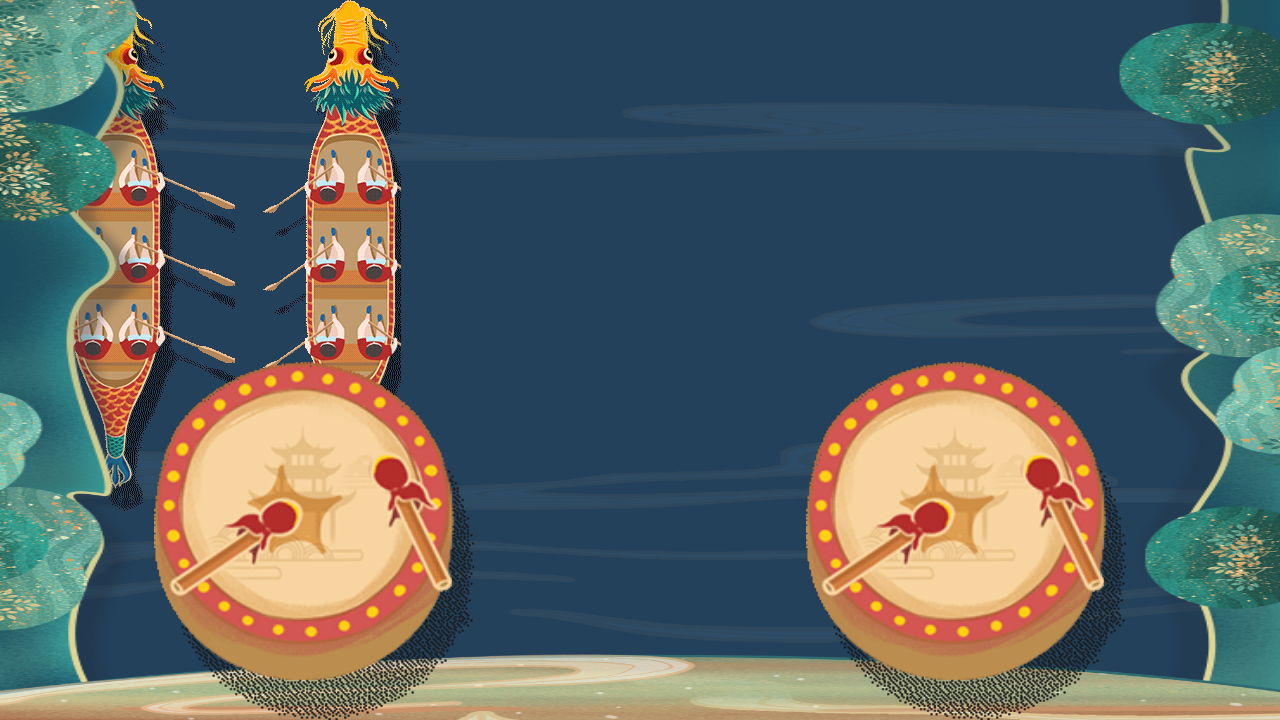
Repository: liushiwei151/hhl_dragon_boat_festival
Page: /Game
The author's editor kept a copy of each file at every save. The page is drawn from the files as they stood at one save, then again after the next save.
The browser window is 1280 px wide. The pictures show the whole page.
An inner scrolling area shows only its first screen. The project was rebuilt for these pictures with package versions that can differ from the ones it lists, and the page was loaded fresh each time. Also part of the build but not shown: vue.config.js, src/views/Home.vue.

Above is the page before, as saved 2020-06-05 16:44:02.

After the next save:
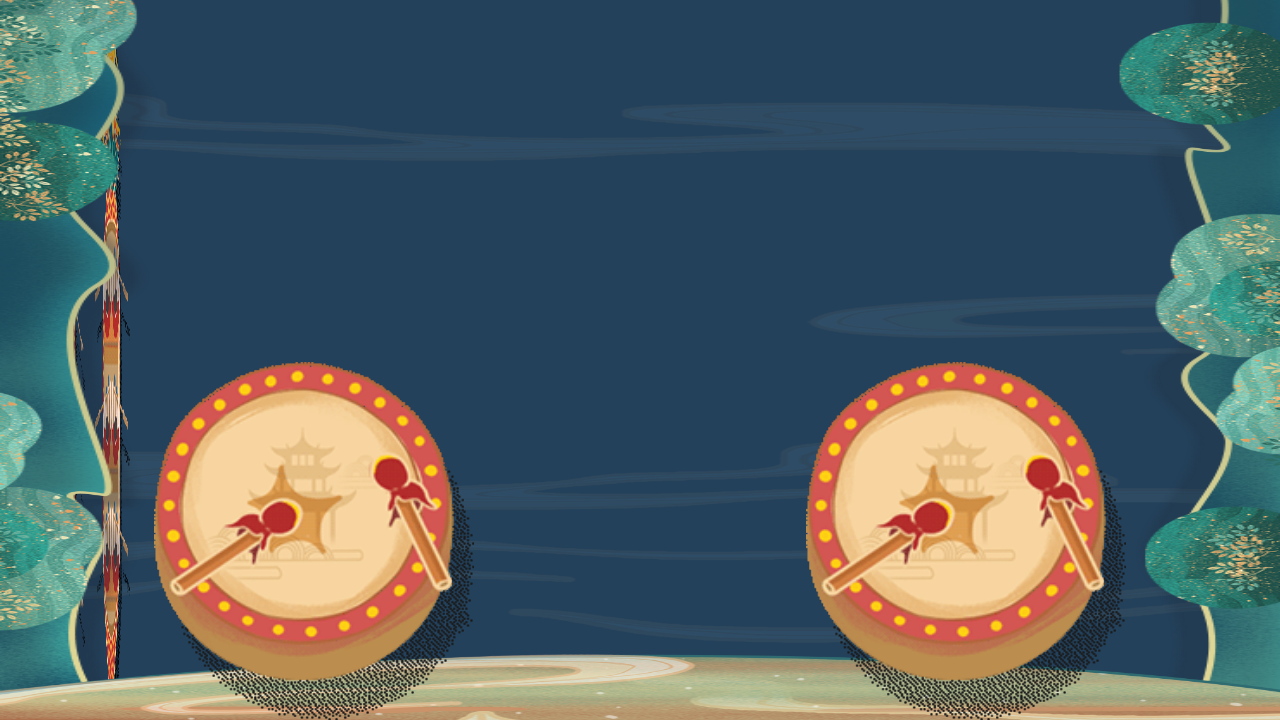
Saved 29 s later.
--- a/src/views/Game.vue
+++ b/src/views/Game.vue
@@ -134,6 +134,7 @@ export default class Game extends Vue {
   height: 100%;
   .longzhou {
     background: url(../assets/long.png) no-repeat;
+    background-size: 33.3% 100%;
     width: 31.333vw;
     height: 68.133vw;
     // background-position: 62.666vw 0;
